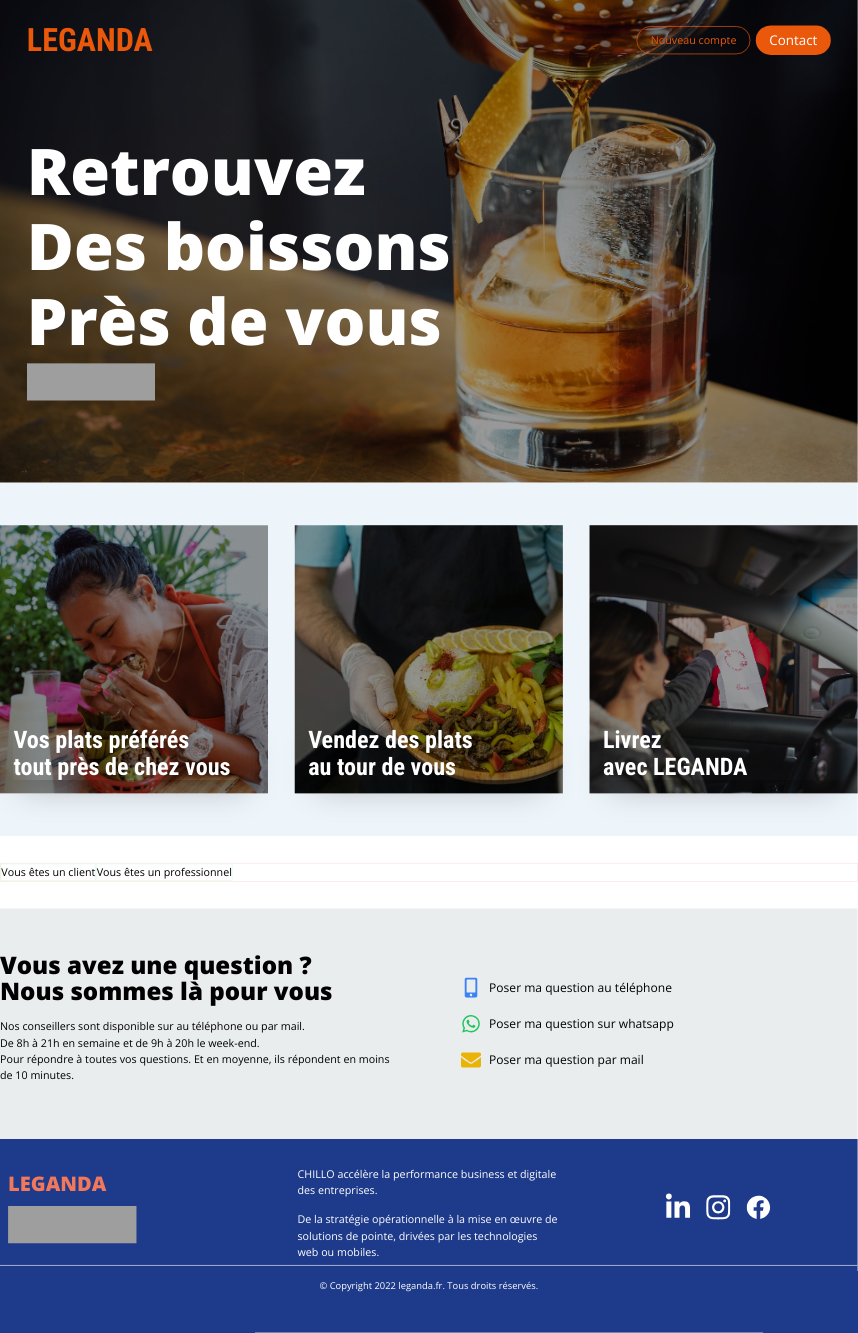
Repository: chillo-tech/website-leganda
Page: /
An editor plug-in stored every save of this project. The page is shown before and after the next save, followed by the edit.
The browser window is 1280 px wide. The pictures show the whole page, at 67% of full size.
Pictures or frames that could not be fetched are drawn as grey boxes. The project was rebuilt for these pictures with package versions that can differ from the ones it lists, and the page was loaded fresh each time. Some packages were replaced by stand-ins written for this rebuild. The framework's server and built-in components were replaced by stand-ins that run in the browser. Also part of the build but not shown: next.config.js, components/header/items/SearchBar.tsx.

Above is the page before, as saved 2023-02-09 11:20:56.

### pages/_document.tsx
import { Html, Head, Main, NextScript } from 'next/document'
import Footer from '../components/footer/Footer';

export default function Document() {
	return (
		<Html className="scroll-smooth">
			<Head>
        <link rel="preconnect" href="https://fonts.googleapis.com"/>
        <link rel="preconnect" href="https://fonts.gstatic.com"/>
        <link href="https://fonts.googleapis.com/css2?family=Open+Sans:ital,wght@0,300;0,800;1,800&family=Roboto&family=Roboto+Condensed:wght@700&display=swap" rel="stylesheet"/>
        <link rel="icon" href="/favicon.ico" />
			</Head>
			<body className='flex flex-col h-screen justify-between'>
				<Main />
				<NextScript />
				<Footer />
        <script defer type="text/javascript" src="https://maps.googleapis.com/maps/api/js?key=AIzaSyBoBBvzxlRlkbfYzZcHp8ALOwBk3YjfB-I&libraries=places" />
			</body>
		</Html>
	)
}

### styles/globals.css
@tailwind base;
@tailwind components;
@tailwind utilities;
body {
  font-family: 'Open Sans', 'Roboto', sans-serif;
}
.title {
  font-family: 'Roboto Condensed', sans-serif;
}
@layer base {
  [type="text"],
  [type="email"],
  [type="url"],
  [type="password"],
  [type="number"],
  [type="date"],
  [type="datetime-local"],
  [type="month"],
  [type="search"],
  [type="tel"],
  [type="time"],
  [type="week"],
  [multiple],
  textarea,
  select {
    @apply w-full border-gray-300 rounded-lg shadow-sm focus:border-blue-500 focus:ring-blue-500;
  }
  [type="checkbox"],
  [type="radio"] {
    @apply border-gray-300 rounded text-blue-600 focus:ring-blue-500;
  }
}

.bg-site-blue {
    background-color: #86aec0;
    color: #000000;
}

.bg-site-orange {
    background-color: #f6ac9f;
}

.color-site-blue {
   color: #86aec0;
}

.color-site-orange {
    color: #f2785c;
}

.home-page-article {
  min-height: 400px;
}

### context/search-context-provider.tsx
import { SearchParams } from '../types';
import { Context,createContext, useMemo, useReducer, useCallback } from 'react'
import SearchReducer from './SearchReducer';
import { Param } from '../types/Param';
import { INITIAL_STATE, UPDATE_SEARCH_CRITERIA } from '../utils';
import { SearchContextData } from '../types/SerchContextData';
type Props = {
  children: JSX.Element,
};
export const SearchContext = createContext<SearchContextData>({state: INITIAL_STATE});
function SearchContextProvider({children}: Props) {
  const [state, dispatch] = useReducer(SearchReducer, INITIAL_STATE);

  const update = useCallback(
    (data: Param) =>
      dispatch({
        type: UPDATE_SEARCH_CRITERIA,
        data
      }),
    [],
  );
  const value = useMemo(
    () => ({state, update }),
    [state,update],
  );
  return (
    <SearchContext.Provider value={value}>
      {children}
    </SearchContext.Provider>
  )
}

export default SearchContextProvider;

### components/footer/Footer.tsx

import React from 'react';
import { FaFacebook, FaInstagram, FaLinkedinIn } from 'react-icons/fa';
import Link from 'next/link'
import { cn, STORES } from '../../utils';
import Image from 'next/image';
function Footer() {
	return (
			<footer className="bg bg-blue-900 text-white pb-10 pt-10 font-extralight flex flex-col" id="a-propos-de-nous">
				<div className="container mx-auto px-3">
					<div className="grid grid-cols-1 gap-10 md:grid-cols-3 md:p-0 items-center">
						<div className="presentation">
              <Link href='/' className='mb-5 color-site-orange uppercase font-extrabold text-3xl'>LEGANDA
              </Link>
              <p className="flex py-4 items-center justify-center md:justify-start">
                {STORES.filter((item: any) => item.active).map((item: any, index: number) => (
                    <Link
                        href="#"
                        target="_blank"
                        key={`liens-${index}`}
                        className="block items-center py-2 w-48 h-14 relative">
                      <Image
                          fill={true}
                          src={`/images/${item.image}`}
                          alt={item?.label}
                      />
                    </Link>
                ))}
              </p>
						</div>
						<div className="presentation">
							<p className='mb-5'>CHILLO accélère la performance business et digitale des entreprises. </p>
							<p>De la stratégie opérationnelle
								à la mise en œuvre de solutions de pointe, drivées par les technologies web ou mobiles.</p>
						</div>
						<div className="presentation flex flex-col items-center justify-center">
							<div className='px-10 flex items-center justify-between text-center'>
								<FaLinkedinIn color='text-slate-300' className='px-3 text-6xl'/>
								<FaInstagram className='px-3 text-6xl'/>
								<FaFacebook className='px-3 text-6xl'/>
							</div>
							<div className='py-2'>

							</div>
						</div>
					</div>
				</div>
				<div className="copyright border-top-1 mt-2 font-light">
					<div className="container py-5 text-sm mx-auto text-center border-solid border-t border-slate-200">
						&copy; Copyright {(new Date()).getFullYear()} leganda.fr. Tous droits réservés.
					</div>
				</div>
			</footer>

	);
}

export default Footer;

### components/questions/Questions.tsx
import Link from 'next/link'
import React from 'react'
import { FaEnvelope, FaMobileAlt, FaWhatsapp } from 'react-icons/fa'

function Questions() {
  return (
    <section className='py-16 bg-app-light-green'>
        <div className="container grid md:grid-cols-2 md:gap-24 items-center px-3 md:px-0">
          <article>
            <h2 className='md:text-4xl text-3xl font-semibold text-black'>
              <p className='p-0 m-0'>Vous avez une question ?</p>
              <p className='p-0 m-0'>Nous sommes là pour vous</p>
            </h2>
            <div className='py-5'>
              <p className='p-0 m-0'>Nos conseillers sont disponible sur au téléphone ou par mail.</p>
              <p className='p-0 m-0'>De 8h à 21h en semaine et de 9h à 20h le week-end.</p>
              <p className='p-0 m-0'>Pour répondre à toutes vos questions. Et en moyenne, ils répondent en moins de 10 minutes.</p>
            </div>
          </article>
          <article>
              <Link href="tel:0033761705745" className='py-3 text-lg flex'>
                  <FaMobileAlt className='text-3xl text-blue-500 mr-3' /> Poser ma question au téléphone
              </Link>
              <Link href="whatsapp:0033761705745" className='py-3 text-lg flex'>
                  <FaWhatsapp className='text-3xl text-green-500 mr-3' /> Poser ma question sur whatsapp
              </Link>
              <Link href="mailto:armelle.leganda@gmail.com" className='py-3 text-lg flex'>
                  <FaEnvelope className='text-3xl text-yellow-500 mr-3' /> Poser ma question par mail
              </Link>
          </article>
        </div>
    </section>
  )
}

export default Questions

### components/header/Header.tsx
import { faPhone, faUser } from '@fortawesome/free-solid-svg-icons'
import { FontAwesomeIcon } from '@fortawesome/react-fontawesome'
import Link from 'next/link'
import React from 'react'
import SearchBar from './items/SearchBar'

function Header({withSearchBar = true}: {withSearchBar?: boolean}) {
  return (
    <header className="container py-4">
       <nav className='flex justify-between items-center'>
        <Link href="/" className='text-orange-600 uppercase title text-5xl'>LEGANDA
        </Link>
        {withSearchBar ? <SearchBar /> : null }
        <ul className='md:flex justify-between items-center hidden'>
          <li>
            <Link href="/" className='border border-orange-600 rounded-3xl px-5 py-2 text-orange-600 flex justify-between items-center'>
                <FontAwesomeIcon icon={faUser} className="hidden border-none text-xs mr-2" size='xs' />
                Nouveau compte
            </Link>
          </li>
          <li  className='ml-2'>
          <Link href="/" className='bg-orange-600 rounded-3xl text-xl px-5 font-medium py-2 flex text-white'>
              <FontAwesomeIcon icon={faPhone} className="hidden border-none mr-2"/>
              Contact
          </Link>
          </li>
        </ul>
      </nav>
    </header>
  )
}

export default Header

### utils/index.ts
export * from './clear-string';
export * from './DateFormat';
export * from './isValidPhoneNumber';
export * from './isValidEmail';
export * from './Endpoints';
export * from './Data';
export * from './request-options';

### components/tabs/index.tsx
import React from 'react'

function Tabs({items}: any) {
  return (
    <section className='container px-3 md:px-0 py-10'>
      <ul className='flex  border border-red-100 justtify-center items-center'>
        {items.map((item: any, index: number) => (
          <li key={`tab-${index}`} className="border border-green-100">
            <button type='button'>{item.label}</button>
          </li>
        ))}
      </ul>
    </section>
  )
}

export default Tabs

### utils/how-it-works.ts
const HOW_IT_WORKS: any = [
  {
    "label": "Vous êtes un client"
  },
  {
    "label": "Vous êtes un professionnel"
  }
]

export {HOW_IT_WORKS}

### context/SearchReducer.ts
import { UPDATE_SEARCH_CRITERIA } from './../utils/Data';
import { Action } from './../types/Action';
import { SearchParams } from "../types";

function SearchReducer (state: SearchParams, action: Action){
  switch(action.type){
    case UPDATE_SEARCH_CRITERIA: {
        return {
          ...state,
          [action.data.key]: action.data.value
        }
    }
  }
  return state;
}

export default SearchReducer;

### utils/clear-string.ts
export const cleanString = (entry: string) => {
	return entry ? entry.replace(/^[\s\uFEFF\xA0]+|[\s\uFEFF\xA0]+$/g, '') : '';
}

### utils/DateFormat.ts
export const getFormattedDate = (entry: Date) => {
	const year = entry.getFullYear();
	const month = `0${entry.getMonth() + 1}`.slice(-2);
	const day = `0${entry.getDate()}`.slice(-2);
	return `${day}/${month}/${year}`;
};

export const getFormattedTime = (entry: Date) => {
	const hours = `0${entry.getHours()}`.slice(-2);
	const minutes = `0${entry.getMinutes()}`.slice(-2);
	return `${hours}:${minutes}`;
};

const getWeekNumber = (entry: Date) => {
	// Copy date so don't modify original
	const date = new Date(Date.UTC(entry.getFullYear(), entry.getMonth(), entry.getDate()));
	// Set to nearest Thursday: current date + 4 - current day number
	// Make Sunday's day number 7
	date.setUTCDate(date.getUTCDate() + 4 - (date.getUTCDay() || 7));
	// Get first day of year
	const yearStart = new Date(Date.UTC(date.getUTCFullYear(), 0, 1));
	// Calculate full weeks to nearest Thursday
	return Math.ceil((((Number(date) - Number(yearStart)) / 86400000) + 1) / 7);
	// Return array of year and week number

}

export const getDayAndMonthLabel = (entry: Date) => {
	const days = ['Dimanche', 'Lundi', 'Mardi', 'Mercredi', 'Jeudi', 'Vendredi', 'Samedi'];
	const months = ["Jan.", "Fev.", "Mars", "Avr.", "MaI", "Juin",
		"Jul.", "Août", "Sep.", "Oct.", "Nov.", "Dec."
	];
	return [days[entry.getDay()], months[entry.getMonth()]];
}

export const getDisplayedDate = (entry: string = "") => {
	if (!entry.trim().length) {
		return entry;
	}
	const adWeekNo = getWeekNumber(new Date(entry));
	const todayWeekNo = getWeekNumber(new Date());
	if ((adWeekNo - todayWeekNo) > 1) {
		const [dayOfDate, month, year] = getFormattedDate(new Date(entry)).split('/');
		const [dayOfWeekLabel, monthLabel] = getDayAndMonthLabel(new Date(entry));
		return `${dayOfWeekLabel}, ${dayOfDate} ${monthLabel}`;
	} else {
		const [dayOfWeekLabel] = getDayAndMonthLabel(new Date(entry));
		return dayOfWeekLabel;
	}
};

### utils/isValidPhoneNumber.ts
export const isValidPhoneNumber = (value: string) => {
	const PHONE_REGEXP = /^0[6|7]\d{8}$/
	return PHONE_REGEXP.test(value);
}

### utils/isValidEmail.ts
export const isValidEmail = (value: string) => {
	const EMAIL_REGEXP = /^\S+@\S+\.\S+$/;
	return value.trim().length ? EMAIL_REGEXP.test(value) : true;
}

### utils/Endpoints.ts
export const LOCAL_DNS = 'http://192.168.111.244:9090';//verifier ipconfig avant d'exécuter
export const PROD_DNS = "https://api.leganda.chillo.fr";
export const IMAGES_URL = `${PROD_DNS}/assets`;
export const BACKOFFICE_URL = `${PROD_DNS}/api/v1`;
export const ADS_ENDPOINT = "ad";
export const FAVORITE_ENDPOINT = "favorite";
export const ACCOUNT_ENDPOINT = "account";
export const ADDRESS_ENDPOINT = "address";
export const CATEGORY_ENDPOINT = "category";
export const GOOGLE_PACES_API_BASE_URL = 'https://maps.googleapis.com/maps/api/place';
export const GOOGLE_PACES_API_KEY = 'AIzaSyBoBBvzxlRlkbfYzZcHp8ALOwBk3YjfB-I';
export const MAP_ZOOM = 10;
export const GOOGLE_PACES_CENTER_COORDINATES = {lat: 48.117266,lng: -1.677793};

### utils/Data.ts
import {EMAIL, PHONE} from "./providers";
export const CATEGORY_BGCOLORS = [ "#BCA1F2", "#BCDDE4", "#CFEACB", "#F4E169"];
export const PLUS_FAVORITES_UPDATED = "Super cette annonce a été ajoutée à vos favoris";
export const REMOVE_FAVORITES_UPDATED = "Cette annonce a été retirée de vos favoris";
export const AUTHENTICATED_USER = "authenticatedUser";
export const MAPBOX_ACCESSTOKEN = "pk.eyJ1IjoiYWNoaWxsZW1ib3VndWVuZyIsImEiOiJja3Zvd3EzcmswaThkMnZrZ25iYmtveDBhIn0.pDR7pKL18d3iz5NoaRmWYg";
export const RESET_AD = "RESET_AD";
export const DELETE_KEY = "DELETE_KEY";
export const SET_NUMBER_OF_CHILDREN = "SET_NUMBER_OF_CHILDREN";
export const SET_ADS = "SET_ADS";
export const SET_CATS = "SET_CATS";
export const SET_CAT = "SET_CAT";
export const SET_AD = "SET_AD";
export const SET_SELECTED_ITEM_ID = "SET_SELECTED_ITEM_ID";
export const SET_STEP_INDEX = "SET_STEP_INDEX";
export const UPDATE_AD = "UPDATE_AD";
export const UPDATE_SEARCH_CRITERIA = "UPDATE_SEARCH_CRITERIA";
export const UPDATE_USER_INFOS = "UPDATE_USER_INFOS";
export const USER_TOKEN = "USER_TOKEN";
export const SIGN_IN = 'SIGN_IN';
export const SIGN_OUT = 'SIGN_OUT';
export const SIGN_UP = 'SIGN_UP';
export const RECOMMEND_TEXT = "Bonjour, j'ai découvert cette application qui a de belles annonces. Je te la recommande";
export const RESTORE_TOKEN = "RESTORE_TOKEN";
export const AD_PLACEHOLDER = ["Taro du dimanche", "20kg à destination de Yaoundé", "Carton de Guinness", "Stage de developpeur"];
export const STORES = [
	{
		image: 'google-app-store-badge.svg',
		active: true,
		path: '#',
		label: 'LEGANDA sur PLAY STORE'
	},
	{
		image: 'apple-app-store-badge.svg',
		active: false,
		path: '#',
		label: 'LEGANDA sur APPLE STORE'
	}
]
export const HEADERS_ITEMS = [
	{
		image: '/images/food.jpeg',
		active: true,
		label: 'Des mets'
	},
	{
		image: '/images/drinks.jpeg',
		active: false,
		label: 'Des boissons'
	},
	{
		image: '/images/spices.jpeg',
		active: false,
		label: 'Des épices'
	},
	{
		image: '/images/service.jpeg',
		active: false,
		label: 'Des services'
	}
]
export const INITIAL_STATE = {
		address: {city: ''}
}

export const HELP_LINK = {
	whatsapp: `whatsapp://send?text=&phone=${PHONE}`,
	sms: `sms:${PHONE}`,
	mail: `mailto:${EMAIL}`,
	phone: `tel:${PHONE}`
}

export const SHARE_LINK = {
	whatsapp: `whatsapp://send?text=`,
	sms: `sms:body=`,
	mail: `mailto:${EMAIL}`,
	phone: `tel:${PHONE}`
}

export const MORESCREEN_DATA = [
	{
		id: 'recommendations',
		title: "Recommandations",
		items: [
			{
				id: '587',
				icon: 'thumbs-up',
				name: 'sms',
				action: 'recommend',
				title: 'Recommandez notre application',
			},
			{
				id: '588',
				icon: 'facebook',
				name: 'facebook',
				action: 'recommend',
				title: 'Aimez notre page facebook',
			},
			{
				id: '589',
				icon: 'thumbs-up',
				name: 'like',
				action: 'recommend',
				title: 'Notez nous sur le store',
			}
		]
	},
	{
		id: 'assistance',
		title: "assistance",
		items: [
			{
				id: '386',
				icon: 'whatsapp',
				name: 'whatsapp',
				action: 'help',
				title: 'Posez votre question via whatsapp',
			},
			{
				id: '387',
				icon: 'sms',
				name: 'sms',
				action: 'help',
				title: 'Posez votre question  par sms',
			},
			{
				id: '389',
				name: 'mail',
				action: 'help',
				icon: 'envelope',
				title: 'Envoyez nous un mail',
			},
			{
				id: '388',
				icon: 'phone-alt',
				name: 'phone',
				action: 'help',
				title: 'Appelez nous',
			}
		]
	}
]

export const loaderProp =({ src }: {src: string}) => {
  console.log('====================================');
  console.log(src);
  console.log('====================================');
  return src;
}
export const cn = (...classes: string[]) =>{
  return classes.filter(Boolean).join(' ')
}

### utils/request-options.ts
export const getHeaders = () => ({
	'X-Requested-With': 'XMLHttpRequest',
	'Content-Type': 'application/x-www-form-urlencode',
	Accept: "application/json"
});

### utils/providers.ts


export const PHONE = "+33761705745";
export const EMAIL = "achille.mbougueng@yahoo.fr";

export const OPENCAGE_GEOCODE_API = "https://api.opencagedata.com/geocode/v1/json";
export const OPENCAGE_API_KEY = "2dd86530d37b4cf3a321d24e6c624a40";

export const MAPBOX_API_KEY = "pk.eyJ1IjoiYWNoaWxsZW1ib3VndWVuZyIsImEiOiJja3Zvd3EzcmswaThkMnZrZ25iYmtveDBhIn0.pDR7pKL18d3iz5NoaRmWYg";
export const MAPBOX_PLACES = "https://api.mapbox.com/geocoding/v5/mapbox.places";

Loaded but not shown: pages/_app.tsx (common file); tailwind.config.js (37 lines, source omitted); pages/index.tsx (146 lines, source omitted)

After the next save:
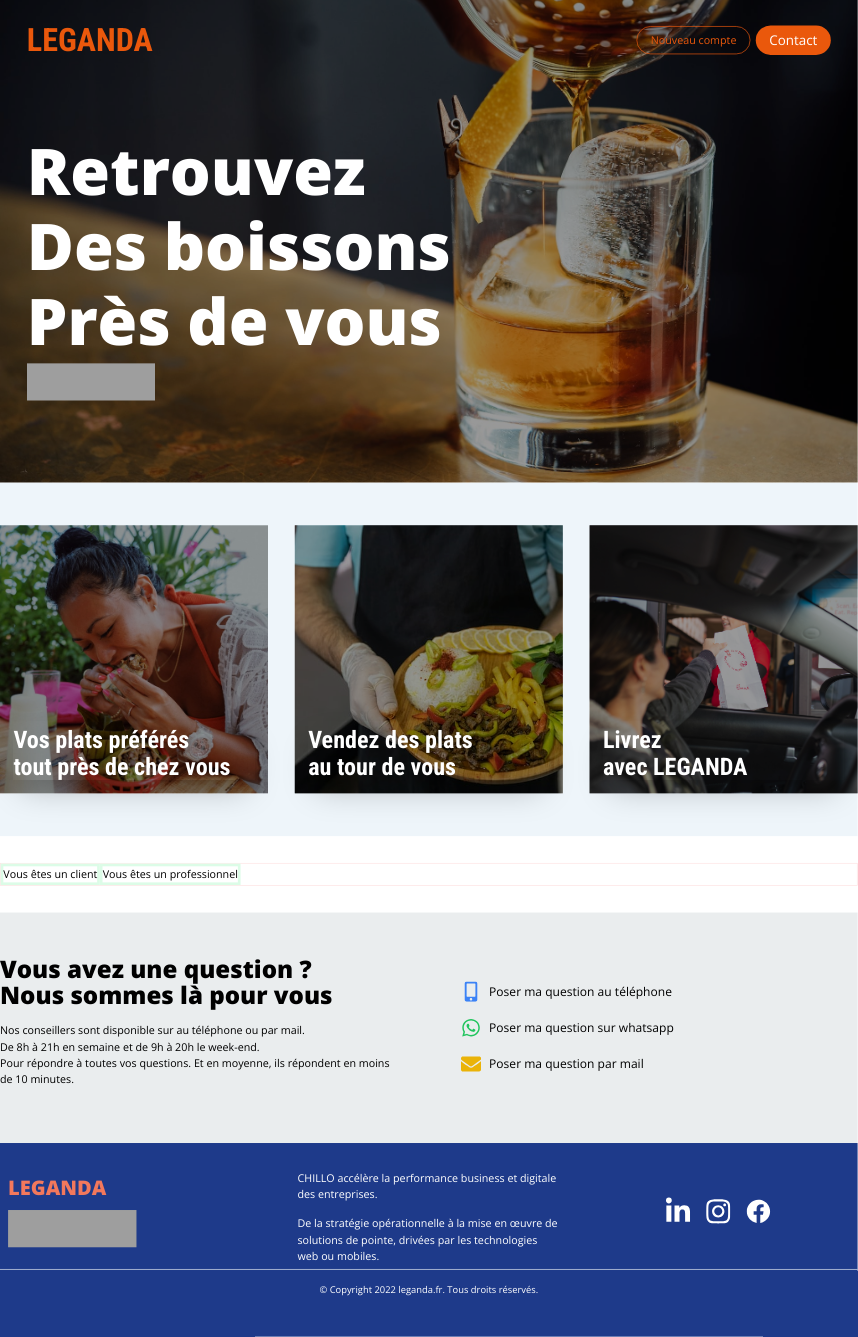
Saved 6 s later.
--- a/components/tabs/index.tsx
+++ b/components/tabs/index.tsx
@@ -5,7 +5,7 @@
     <section className='container px-3 md:px-0 py-10'>
       <ul className='flex  border border-red-100 justtify-center items-center'>
         {items.map((item: any, index: number) => (
-          <li key={`tab-${index}`} className="border border-green-100">
+          <li key={`tab-${index}`} className="border-4 border-green-100">
             <button type='button'>{item.label}</button>
           </li>
         ))}
